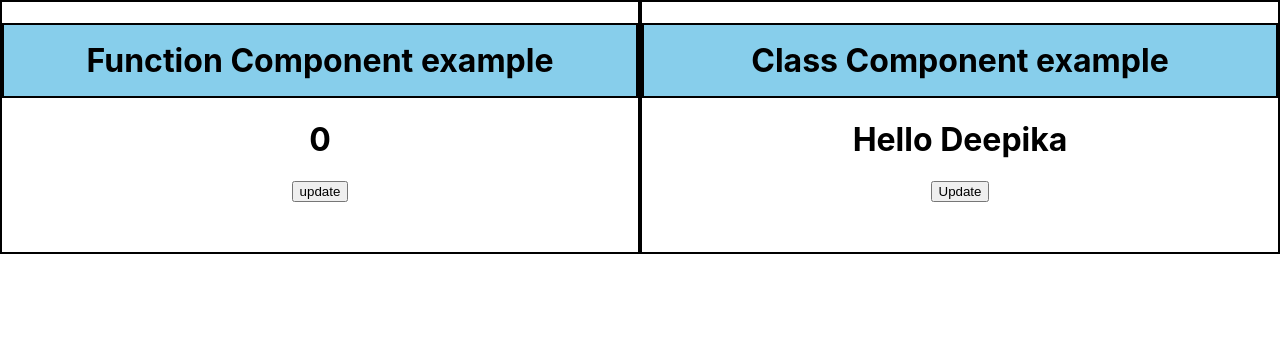
Repository: DeepikaSuretek/React
Page: / (app in practice-app/)
These files come from the project's save history. The page is drawn as it stood at one moment and after the next save; the edit follows.
The browser window is 1280 px wide. The pictures show the whole page.
The project was rebuilt for these pictures with package versions that can differ from the ones it lists, and the page was loaded fresh each time.

Above is the page before, as saved 2024-07-08 19:55:24.

### practice-app/src/App.js
import './App.css';
import User from './class-component/class';
import Fun from './functional-component/function'

function App() {
  return (
    <div className="App" style={{display: "inline-flex",
      width: "100%"}}>
      <div style={{width:"50%",border: "2px solid","padding-bottom": "50px"}}>
        <h1 style={{"background-color": "skyblue","padding": "16px","border": "2px solid"}}>Function Component example</h1>
        <Fun name="Deepika" />
      </div>
      <div style={{width:"50%",border: "2px solid","padding-bottom": "50px"}}>
        <h1 style={{"background-color": "skyblue","padding": "16px","border": "2px solid"}}>Class Component example</h1>
        <User></User>
        </div>

    </div>
  );
}

export default App;

### practice-app/src/App.css
.App {
  text-align: center;
}

.App-logo {
  height: 40vmin;
  pointer-events: none;
}

@media (prefers-reduced-motion: no-preference) {
  .App-logo {
    animation: App-logo-spin infinite 20s linear;
  }
}

.App-header {
  background-color: #282c34;
  min-height: 100vh;
  display: flex;
  flex-direction: column;
  align-items: center;
  justify-content: center;
  font-size: calc(10px + 2vmin);
  color: white;
}

.App-link {
  color: #61dafb;
}

@keyframes App-logo-spin {
  from {
    transform: rotate(0deg);
  }
  to {
    transform: rotate(360deg);
  }
}

.loader{
  height: 100px;
  width: 100px;
  border: 8px solid;
  border-color: black black black red;
  border-radius: 50%;
  animation: App-logo-spin 2s linear infinite;
}

### practice-app/src/class-component/class.js
import { Component } from "react"

class User extends Component{
    constructor(){
        super();
        this.state = {
            data:'Deepika'
        }
    }

    changeData(){
        this.setState({data:"changes"});
    }
    render(){
        return(
           <div><h1>Hello {this.state.data}</h1>
           <button onClick={()=>this.changeData()}>Update</button>
           </div>

        )
    }
}

export default User;

### practice-app/src/functional-component/function.js
import { useState } from "react";

function Fun() {
    const [count,setCount] = useState(0);
    function updateCount(){
       setCount(count+1);
    }
    return(
        <div>
            <h1>{count} </h1>
            <h2>{}</h2>
            <button onClick={updateCount}>update</button>
        </div>

    )
}

export default Fun;

Loaded but not shown: practice-app/public/index.html (common file); practice-app/src/index.js (common file); practice-app/src/index.css (common file); practice-app/src/reportWebVitals.js (common file)

After the next save:
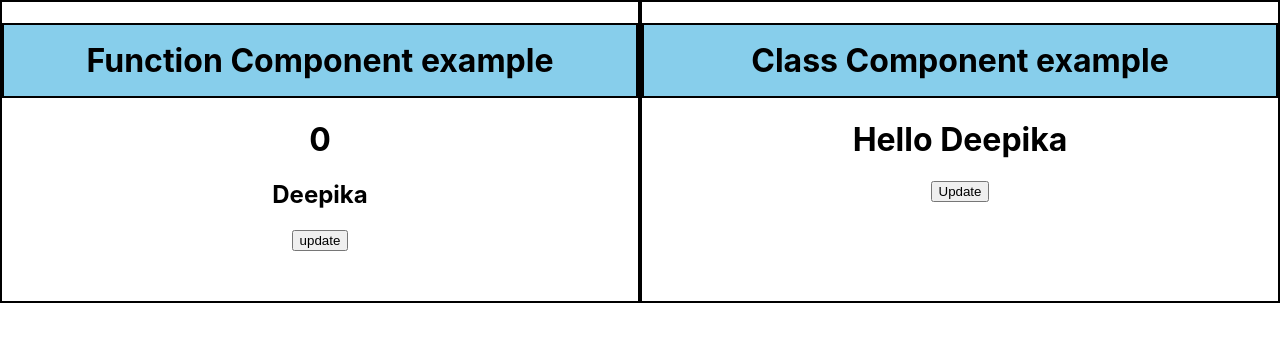
Saved 39 s later.
--- a/practice-app/src/functional-component/function.js
+++ b/practice-app/src/functional-component/function.js
@@ -1,6 +1,6 @@
 import { useState } from "react";
 
-function Fun() {
+function Fun(props) {
     const [count,setCount] = useState(0);
     function updateCount(){
        setCount(count+1);
@@ -8,7 +8,7 @@ function Fun() {
     return(
         <div>
             <h1>{count} </h1>
-            <h2>{}</h2>
+            <h2>{props.name}</h2>
             <button onClick={updateCount}>update</button>
         </div>
 
